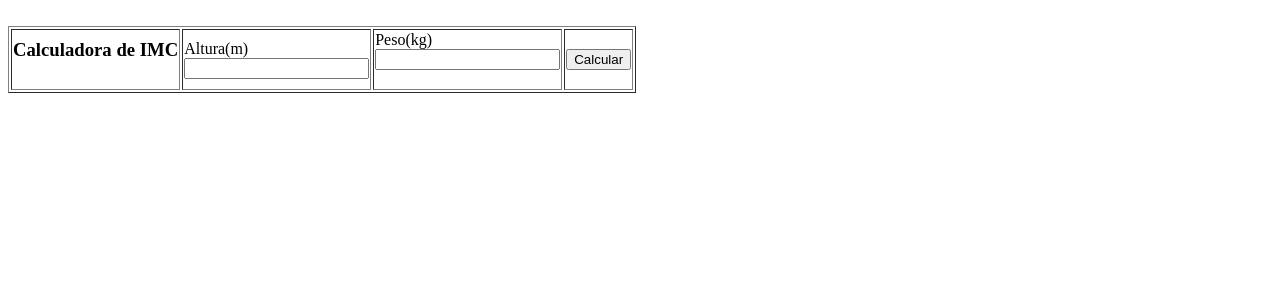
Repository: Patriciamativi/Projetos
Page: index.html
These files come from the project's save history. The page is drawn as it stood at one moment and after the next save; the edit follows.
The browser window is 1280 px wide. The pictures show the whole page.

Above is the page before, as saved 2022-11-17 21:06:18.

### index.html
<html>
    <head>
        <title>Calculadora de IMC</title>
        <meta charset="utf-8"/>
    </head>
<table border="1">
    <br>
        <tr>
            <th><h3>Calculadora de IMC</h3></th>

        <td>Altura(m)<br/>
            <input type: "number" ></br> </td>

        <td>Peso(kg)<br/>
            <input type: "number" > </br></br></td>

        <td><input type= "submit" value="Calcular"></td>
    </tr>
    </form>
    </table>
</body>
</html>

After the next save:
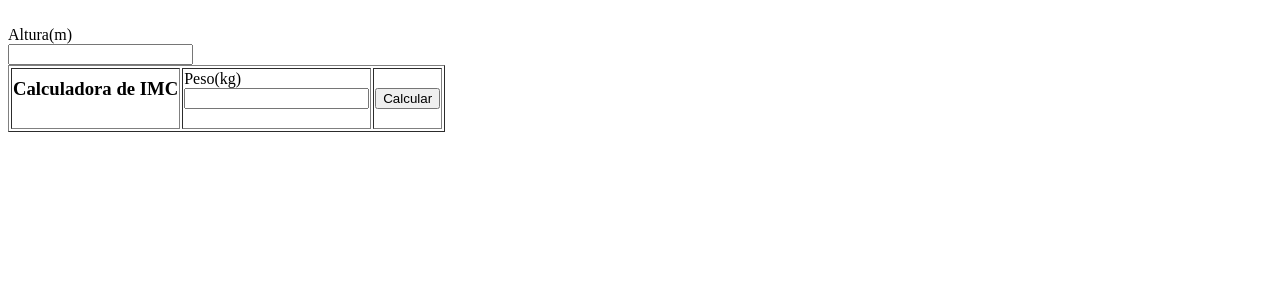
Saved 5 s later.
--- a/index.html
+++ b/index.html
@@ -8,7 +8,7 @@
         <tr>
             <th><h3>Calculadora de IMC</h3></th>
 
-        <td>Altura(m)<br/>
+        <tr<td>Altura(m)<br/>
             <input type: "number" ></br> </td>
 
         <td>Peso(kg)<br/>
